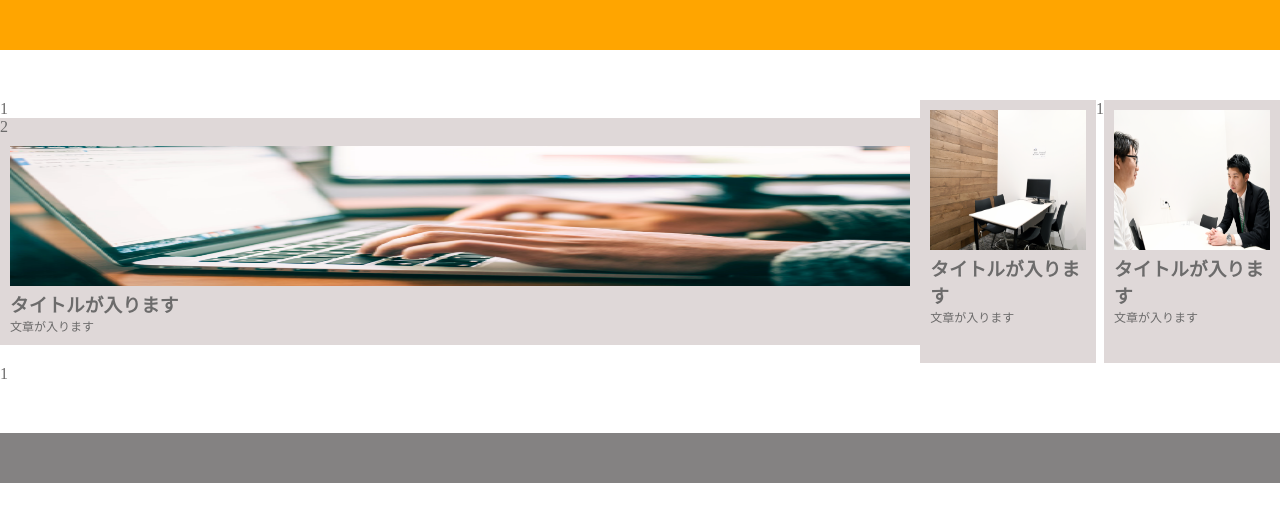
Repository: ishidaryu/ishidaryu
Page: HW/HW.html
The author's editor kept a record of every edit. The page is drawn from the files as they stood at one moment, then again after the next edit.
The browser window is 1280 px wide. The pictures show the whole page.

Above is the page before.

### HW/HW.html
<!DOCTYPE html>
<html lang="ja">

  <head>
     <meta charset="UTF-8" />
     <link rel="stylesheet" href="HW.css" />
  </head>

  <body>

    <header>
      <h1 class="heading"></h1>
    </header>


    <main>
      <section class="blog">
        <div calss-="blog-box"> 1
          <div class="blog-item"> 2
            <img class="blog-image" src="flow01.png" />
            <section class="blog-text">
              <h3 class="blog-text-headimg">
                <a href="single.html">
                  タイトルが入ります
                </a>
              </h3>
            <p class="blog-date">文章が入ります</p>
            </section>
          </div> 1
        </section>

          <div class="blog-item">
            <img class="blog-image" src="flow02.png" />
            <section class="blog-text">
              <h3 class="blog-text-headimg">
                <a href="single.html">
                  タイトルが入ります
                </a>
              </h3>
            <p class="blog-date">文章が入ります</p>
            </section>
          </div> 1
        </section>

          <div class="blog-item">
            <img class="blog-image" src="flow03.png" />
            <section class="blog-text">
              <h3 class="blog-text-headimg">
                <a href="single.html">
                  タイトルが入ります
                </a>
              </h3>
            <p class="blog-date">文章が入ります</p>
            </section>
          </div>
        </section>
    </div>

    </main>


    <footer></footer>

  </body>
</html>

### HW/HW.css
* {
  margin: 0;
  padding: 0;
  box-sizing: border-box;
  color: #6c6b6b;
}



a {
  text-decoration: none;
}

header {
  width: 100%;
  height: 50px;
  background-color: orange;
}

main {
  width: 100%;
  display: flex;
  justify-content: center;
  margin: 0 auto;
  padding: 50px 0;
}

.blog {
  width: 90%;
}


.blog-box {
  padding-top: 50px;
}

.blog-item {
  padding-bottom: 10px;
  margin-bottom: 20px;
  justify-content: flex-start;
  background-color: #dfd8d8;
}

.blog-image {
  width: 100%;
  height: 150px;
  padding: 10px 10px 0 10px;
}

.blog-text {
  padding-left: 10px;
}

.blog-text-heading {
  padding-bottom: 15px;
}

.blog-date {
  font-size: 12px;
  display: inline-block;
}

footer {
  width: 100%;
  height: 50px;
  background-color: #848282;
}

@media screen and (max-width: 768px) {

   main {
     width: 100%;
     display: block;
   }

  .blog {
    width: 100%;
    display: block;
  }

  .blog-image {
    width: 50%;
  }

  .blog-text {
    width: 50%;
    padding-top: 5%;
  }
}

After the next edit:
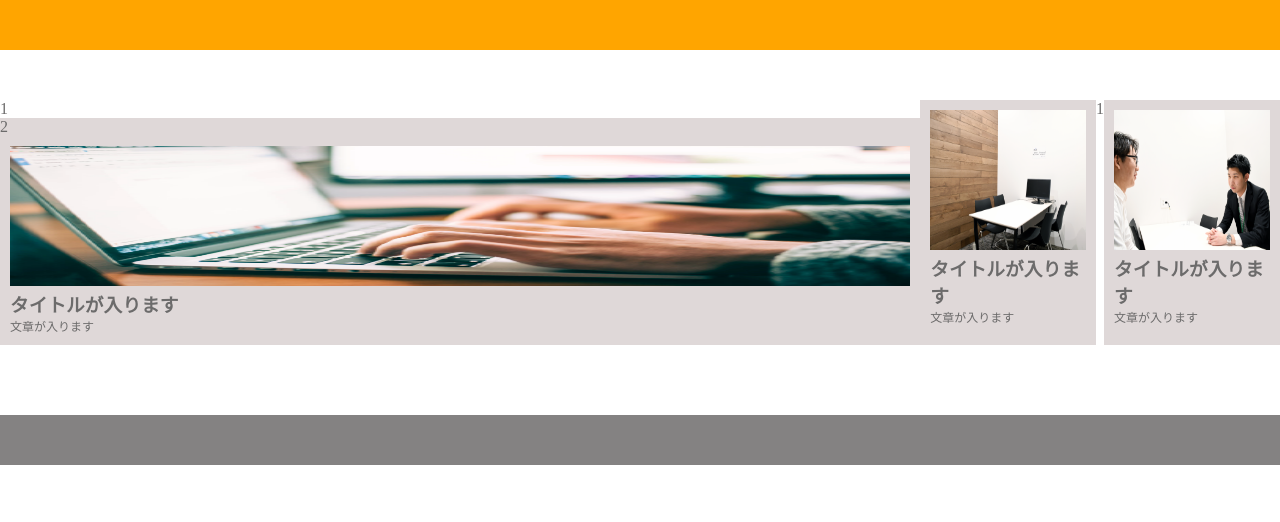
The edit:
--- a/HW/HW.html
+++ b/HW/HW.html
@@ -26,7 +26,7 @@
               </h3>
             <p class="blog-date">文章が入ります</p>
             </section>
-          </div> 1
+          </div>
         </section>
 
           <div class="blog-item">
